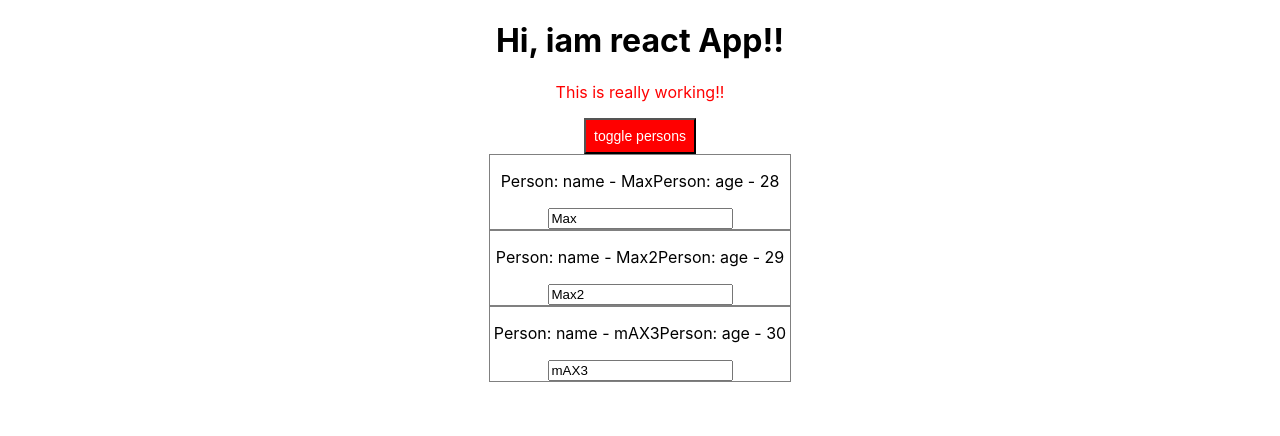
Repository: RohitMalik2/Rohit_react
Page: /, after clicking the first element matching `button`
An editor plug-in stored every save of this project. The page is shown before and after the next save, followed by the edit.
The browser window is 1280 px wide. The pictures show the whole page.
The project was rebuilt for these pictures with package versions that can differ from the ones it lists, and the page was loaded fresh each time.

Above is the page before, as saved 2019-12-09 16:48:36.

### src/App.js
import React, { Component } from 'react';
import logo from './logo.svg';
import './App.css';
import Person from './Person/Person'
import Radium, {StyleRoot} from 'radium';

class App extends Component {

  state = {
    persons: [
      { id: '1', name: 'Max', age: 28 },
      { id: '11', name: 'Max2', age: 29 },
      { id: '12', name: 'mAX3', age: 30 }
    ],
    otherState: 'some other state',
    showPersons: false
  }

  deletePersonHandler = (index) => {
    const persons = this.state.persons;
    persons.splice(index, 1);
    this.setState({ persons: persons });
  }

  togglePersonsHandler = () => {
    const currentState = this.state.showPersons;
    this.setState({ showPersons: !currentState });
  }

  nameChangedHandler = (event, id) => {
    const personIndex = this.state.persons.findIndex(person => {
      return id === person.id;
    });
    const changedPerson = { ...this.state.persons[personIndex] }; // deep copy or Object.assign({}, this.state.persons[personIndex])
    changedPerson.name = event.target.value;
    const persons = [...this.state.persons];
    persons[personIndex] = changedPerson;
    this.setState({
      persons: persons
    });
  }
  render() {
    const style = {
      fontSize: '14px',
      backgroundColor: 'green',
      color: '#ffffff',
      border: '1px soild blue',
      padding: '8px',
      ':hover': {
        backgroundColor: 'lightgreen',
        color: 'black'
      }
    };

    let persons = null;
    if (this.state.showPersons) {
      persons = (
        <div>
          {/* iterating through a list of items */}
          {this.state.persons.map((person, index) => {
            return <Person
              click={() => this.deletePersonHandler(index)}
              name={person.name}
              age={person.age}
              key={person.id}
              changed={(event) => this.nameChangedHandler(event, person.id)} />;
          })
          }
        </div>
      );
      style.backgroundColor = 'red';
      style[':hover'] = {
        backgroundColor: 'lightred',
        color: 'black'
      }
    }

    // Adding classes dynamically
    const classes = [];
    if (this.state.persons.length <= 3) {
      classes.push('red');
    }
    if (this.state.persons.length <= 1) {
      classes.push('bold');
    }

    return (
      <StyleRoot>
        <div className="App">
          <h1>Hi, iam react App!!</h1>
          <p className={classes.join(' ')}>This is really working!!</p>
          <button style={style} onClick={this.togglePersonsHandler}>toggle persons</button>
          {persons}
        </div>
      </StyleRoot>
    );
  };

}

export default Radium(App);

### src/App.css
.App {
  text-align: center;
}

.App-logo {
  height: 40vmin;
}

.App-header {
  background-color: #282c34;
  min-height: 100vh;
  display: flex;
  flex-direction: column;
  align-items: center;
  justify-content: center;
  font-size: calc(10px + 2vmin);
  color: white;
}

.App-link {
  color: #09d3ac;
}

.red {
  color: red;
}

.bold {
  font-weight: bold;
}

.Person {
  border: 1px solid gray;
  width: 300px;
  margin: 0 auto;
}

### src/Person/Person.js
import React from 'react';

const Person = (props) =>{
    const style = {
        '@media (min-width: 500px)': {
            width: '450px'
        }
    };
    return (
        <div className="Person" style={style}>
            <p onClick={props.click}>Person: name - {props.name}Person: age - {props.age}</p>
            <input type="text" value={props.name} onChange={props.changed}/>
        </div>
    );
};

export default Person;

Loaded but not shown: public/index.html (common file); src/index.js (common file); src/index.css (common file); src/serviceWorker.js (common file)

After the next save:
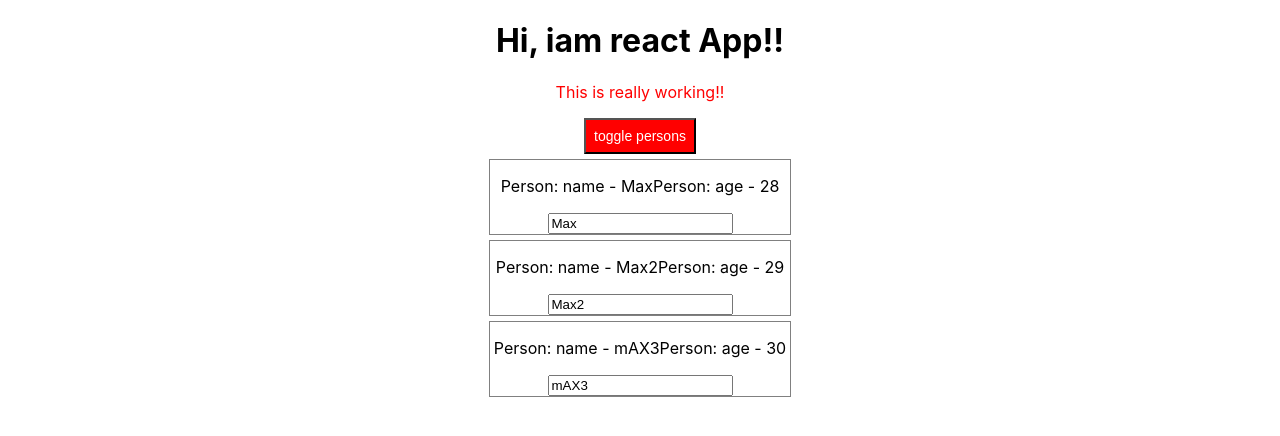
Saved 5 min 52 s later.
--- a/src/App.css
+++ b/src/App.css
@@ -33,4 +33,5 @@
   border: 1px solid gray;
   width: 300px;
   margin: 0 auto;
+  margin-top: 5px;
 }
